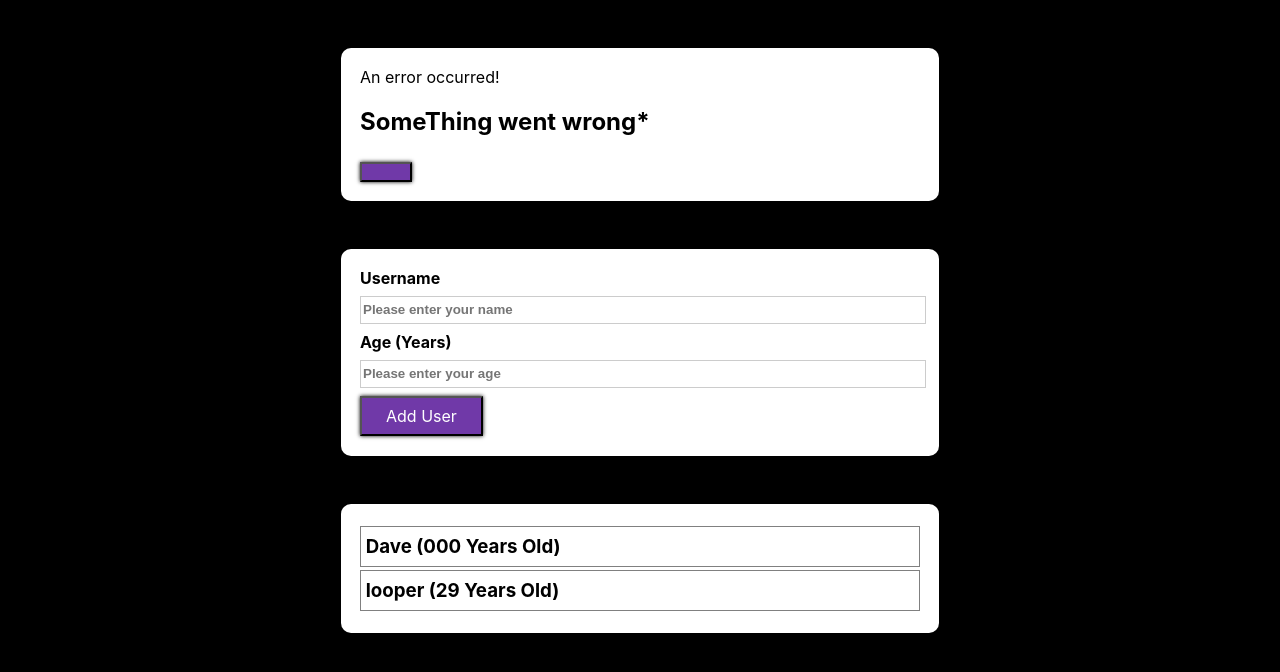
Repository: NamalPathirana/section-eight
Page: /
The author's editor kept a copy of each file at every save. The page is drawn from the files as they stood at one save, then again after the next save.
The browser window is 1280 px wide. The pictures show the whole page.
The project was rebuilt for these pictures with package versions that can differ from the ones it lists, and the page was loaded fresh each time. Also part of the build but not shown: src/App.module.css.

Above is the page before, as saved 2021-12-04 14:08:34.

### src/index.css
body {
  margin: 0;
  padding: 0%;
  height: 100%;
  width: 100%;
  display: flex;
  flex-direction: column;
  background-color: black;
  font-family: -apple-system, BlinkMacSystemFont, 'Segoe UI', 'Roboto', 'Oxygen',
    'Ubuntu', 'Cantarell', 'Fira Sans', 'Droid Sans', 'Helvetica Neue',
    sans-serif;
  -webkit-font-smoothing: antialiased;
  -moz-osx-font-smoothing: grayscale;
}

code {
  font-family: source-code-pro, Menlo, Monaco, Consolas, 'Courier New',
    monospace;
}

### src/App.js
import styles from "./App.module.css";
import react, { useState } from "react";
import UserInput from "./Components/UserInput/UserInput";
import UserList from "./Components/UserList/UserList";
import Card from "./UI/Card/Card";

function App() {
  const [listOfEntries, SetListOfEntries] = useState([
    { key: 0, name: "Dave", age: "000" },
    { key: 1, name: "looper", age: "29" },
  ]);

  const UserEntryCallbackHandler = (props) => {
    SetListOfEntries((prevListOfEntries) => {
      const tempList = [...prevListOfEntries];
      tempList.unshift({
        key: Math.random(),
        name: props.name,
        age: props.age,
      });
      return tempList;
    });
    console.log(listOfEntries);
  };

  const entryDeletionCallback = (entryKey) => {
    SetListOfEntries((perEntry) => {
      const updatedEntries = perEntry.filter((entry) => {
        return entry.key !== entryKey;
      });
      return updatedEntries;
    });
  };

  let UserInfoSegment = <Card><h3 className={styles.block}>No Entries Exists To Display</h3></Card>;

  if (listOfEntries.length > 0) {
    UserInfoSegment = (
      <UserList
        items={listOfEntries}
        deletionHandler={entryDeletionCallback}
      ></UserList>
    );
  }

  return (
    <div className="App">
      <section>
        <UserInput onUserEntry={UserEntryCallbackHandler}></UserInput>
      </section>
      <section>
      {UserInfoSegment}
      </section>
    </div>
  );
}

export default App;

### src/Components/UserInput/UserInput.js
import Button from "../../UI/Button/Button";
import styles from "./UserInput.module.css";
import { useState } from "react";
import Card from "../../UI/Card/Card";
import ErrorModal from "../../UI/ErrorModal/ErrorModal";

const UserInput = (props) => {
  const userEntry = { key: 0, name: "lol", age: "25" };

  const [username, SetUserName] = useState("");
  const [age, SetAge] = useState("");
  const [isValid, SetIsValid] = useState(true);

  const NameInputHandler = (props) => {
    SetUserName(props.target.value);

    if (props.target.value.length > 0) {
      SetIsValid(true);
    }
    // console.log('[UserInput.js / userName : ]'+username)
  };

  const AgeInputHandler = (props) => {
    SetAge(props.target.value);
    if (props.target.value.length > 0) {
      SetIsValid(true);
    }
    // console.log('[UserInput.js / userName : ]'+age);
  };

  const FormSubmitHandler = (event) => {
    event.preventDefault();

    if (username.length === 0) {
      SetIsValid(false);
      return;
    }
    if(+age<1){
        SetIsValid(false);
        return;
    }

    userEntry.key = Math.random();
    userEntry.name = username;
    userEntry.age = age;

    props.onUserEntry(userEntry);

    SetUserName("");
    SetAge("");
  };

  return (
    <div>
    <ErrorModal title="An error occurred!" message='SomeThing went wrong*'></ErrorModal>
    <Card>
      <form onSubmit={FormSubmitHandler}>
        <div className={styles.frame}>
          <label className={`${!isValid ? styles.inValid : ""}`}>
            Username
          </label>
          <input
            placeholder="Please enter your name"
            type="text"
            onChange={NameInputHandler}
            className={!isValid ? styles.inValid : ""}
            value={username}
          />
          <label className={`${!isValid ? styles.inValid : ""}`}>
            Age (Years)
          </label>
          <input
            placeholder="Please enter your age"
            type="number"
            max="120"
            maxLength="2"
            min="12"
            onChange={AgeInputHandler}
            value={age}
            className={`${!isValid ? styles.inValid : ""}`}
          />
          <Button name="Add User" type="submit"></Button>
        </div>
      </form>
    </Card>
    </div>
  );
};

export default UserInput;

### src/Components/UserList/UserList.js
import styles from './UserList.module.css';
import UserListItem from '../UserListItem/UserListItem'
import Card from '../../UI/Card/Card';


const UserList = (props) => {

    const listUserItems = props.items.map(row=>{
        return  <UserListItem key={row.key} name={row.name} age={row.age} clicked={()=>{props.deletionHandler(row.key)}}/>;
    });

    return(
        <Card>
        <div className={styles.frame}>
           {listUserItems}
        </div>
        </Card>
    );
}

export default UserList;

### src/UI/Card/Card.js
import styles from './Card.module.css';

const Card = (props) => {

    return (<div className={`${styles.card}`}>
        {props.children}
    </div>);

}

export default Card;

### src/UI/Button/Button.js
import styles from "./Button.module.css";

const Button = (props) => {
  return <button className={styles.button} type={props.type || 'button'}>{props.name}</button>;
};

export default Button;

### src/Components/UserInput/UserInput.module.css
.frame{

}

.frame input{
    display: block;
    font-weight: bold;
    border: 1px solid #ccc;
    line-height: 1.5rem;
    padding: 100 0.25rm;
    width: 100%;
    margin-bottom: 0.5rem;
}

.frame input:hover{
    border: 1px solid rgb(49, 45, 45);
}

label.inValid {
    color: red;
}

input.inValid {
    background-color: rgb(233, 161, 161);
    border: 1px solid red;
 }

.frame label{
    display: block;
    align-content: flex-start;
    font-weight: bold;
    margin-bottom: 0.5rem;
}

### src/UI/ErrorModal/ErrorModal.js
import styles from "./ErrorModal.module.css";
import Card from "../Card/Card";
import Button from "../Button/Button"

const ErrorModal = (props) => {
  return (
    <Card className={styles.modal}>
      <header className={styles.header} >{props.title}</header>
      <h2 className={styles.message}>{props.message}</h2>
      <footer className={styles.footer}><Button>Close</Button></footer>
    </Card>
  );
};

export default ErrorModal;

### src/Components/UserList/UserList.module.css
.frame{

}

### src/Components/UserListItem/UserListItem.js
import styles from './UserListItem.module.css';


const UserListItem = (props) => {

    return(
        <div className={styles.list_item} onClick={props.clicked}>
            <h3>{props.name} ({props.age} Years Old)</h3>
        </div>
    );
}

export default UserListItem;

### src/UI/Card/Card.module.css
.card{
    margin: 0.5rem 0.5rem;
    padding: 1.2rem 1.2rem;
    width: 35rem;
    max-width: 90%;
    margin: 3rem auto;
    background-color: white;
    border-radius: 10px;
}

### src/UI/Button/Button.module.css
.button{
    font: inherit;
    padding: 0.5rem 1.5rem;
    background-color: rgb(112, 57, 168);
    color:white;
    box-shadow: 0 0 4px black;
    cursor: pointer;
    width: auto;
}

.button:focus{
    outline: none;
}

.button:hover,.button:active{
    background-color: rgb(185, 140, 231);
    border-color: rgb(185, 140, 231);
    box-shadow: 0 0 8px black;
}

### src/Components/UserListItem/UserListItem.module.css
.list_item{
    border: 1px solid gray;
    display: block;
    padding: 0.5rem 0.3rem;
    margin: 3px 0px;

}

.list_item:hover{
    background-color: antiquewhite;
}

.list_item:active{
    background-color: rgb(251, 199, 199);
}


.list_item h3{
    margin: 0px;
}

### src/UI/ErrorModal/ErrorModal.module.css
.modal{
    position: fixed;
    top:30vh;
    left: 40%;
    width: 80%;
    z-index: 100;
    color: aqua;
    overflow: hidden;
}

Loaded but not shown: public/index.html (common file); src/index.js (common file); src/reportWebVitals.js (common file)

After the next save:
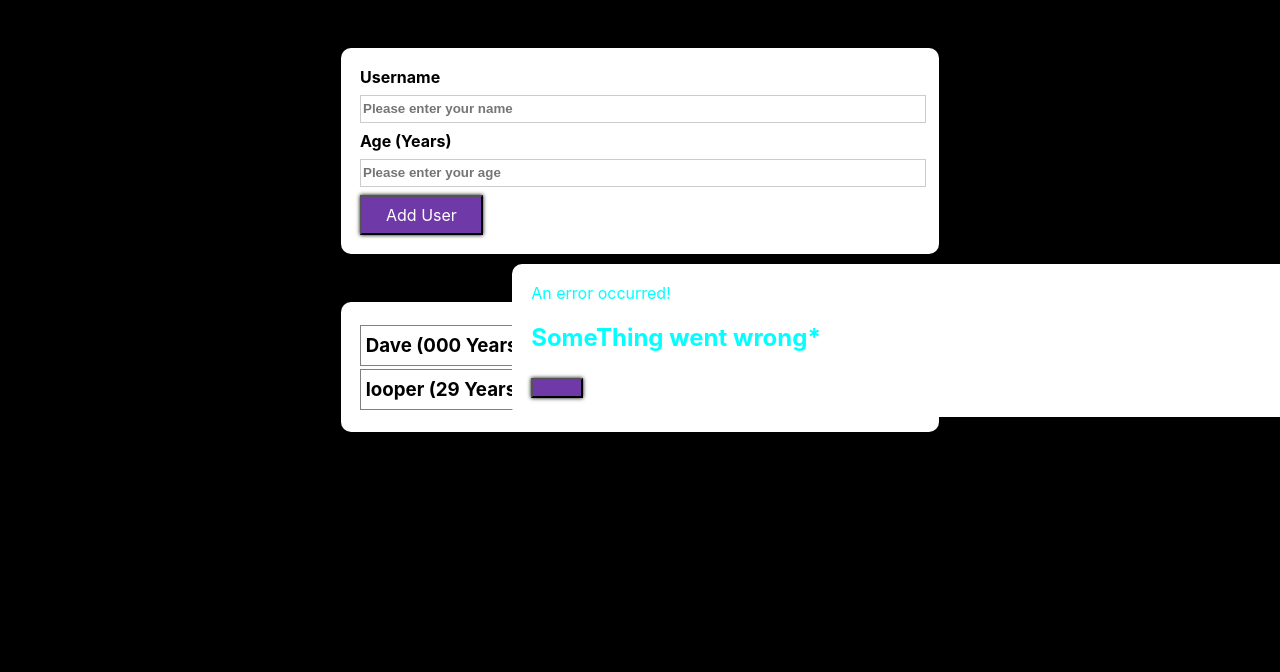
Saved 18 s later.
--- a/src/UI/Card/Card.js
+++ b/src/UI/Card/Card.js
@@ -2,7 +2,7 @@ import styles from './Card.module.css';
 
 const Card = (props) => {
 
-    return (<div className={`${styles.card}`}>
+    return (<div className={`${styles.card} ${props.className}`}>
         {props.children}
     </div>);
 
